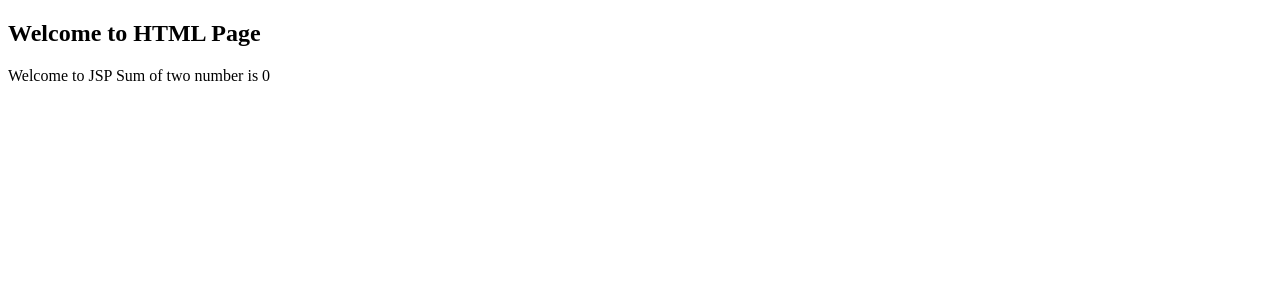
Repository: Kaleakash/onmobilebangalorejavafullstack
Page: http://localhost/JSPDemo/demo.jsp
The author's editor kept a copy of each file at every save. The page is drawn from the files as they stood at one save, then again after the next save.
The browser window is 1280 px wide. The pictures show the whole page.
The page is served by Tomcat 9.

Above is the page before, as saved 2019-10-12 07:12:00.

After the next save:
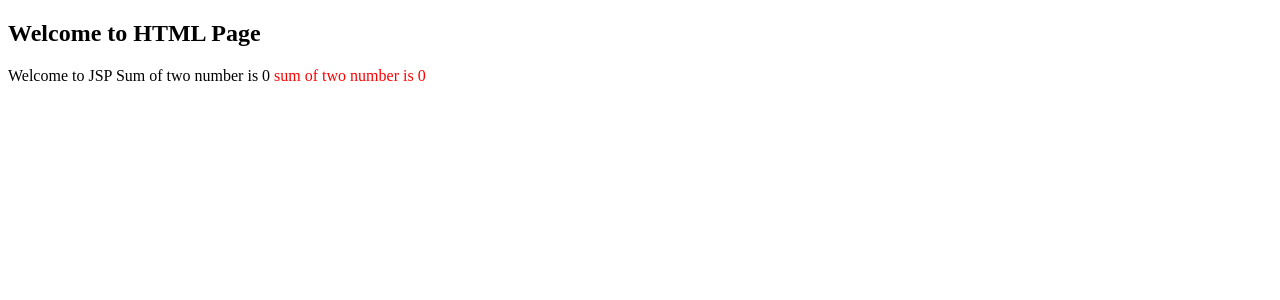
Saved 67 s later.
--- a/jee workspace/JSPDemo/WebContent/demo.jsp
+++ b/jee workspace/JSPDemo/WebContent/demo.jsp
@@ -14,6 +14,7 @@
 sum = a+b;
 out.println("Welcome to JSP");
 out.println("Sum of two number is "+sum);
+out.println("<font color='red'>sum of two number is "+sum+"</font>");
 %>
 </body>
 </html>
